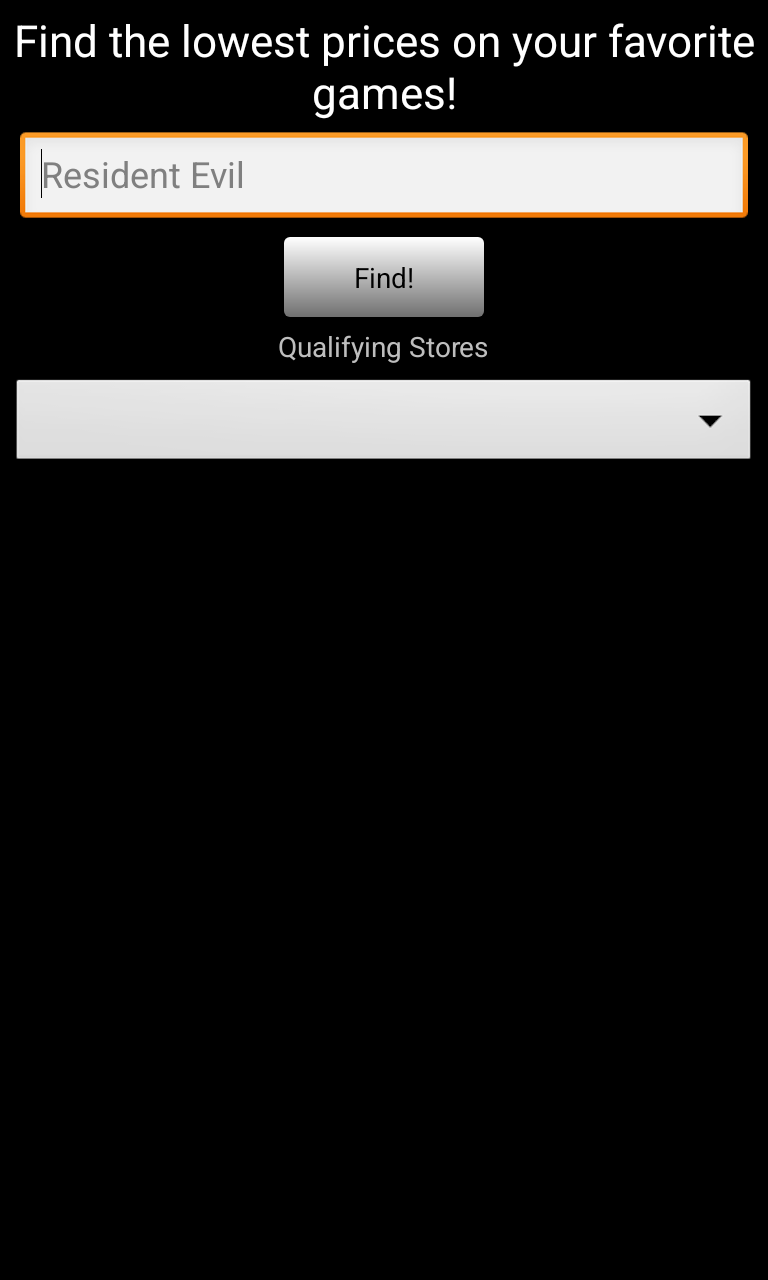
Repository: laurenelder/Java1-GameFinderApplication
Layout: GameFinder/res/layout/activity_main.xml
The author's editor kept a copy of each file at every save. The layout is drawn from the files as they stood at one save, then again after the next save.
It is drawn on a 768 x 1280 px phone screen (xhdpi) without system bars, with theme android:Theme.Black; the app's code is not run. Lists and similar views that code fills are empty.

Above is the layout before, as saved 2014-06-26 04:31:54.

After the next save:
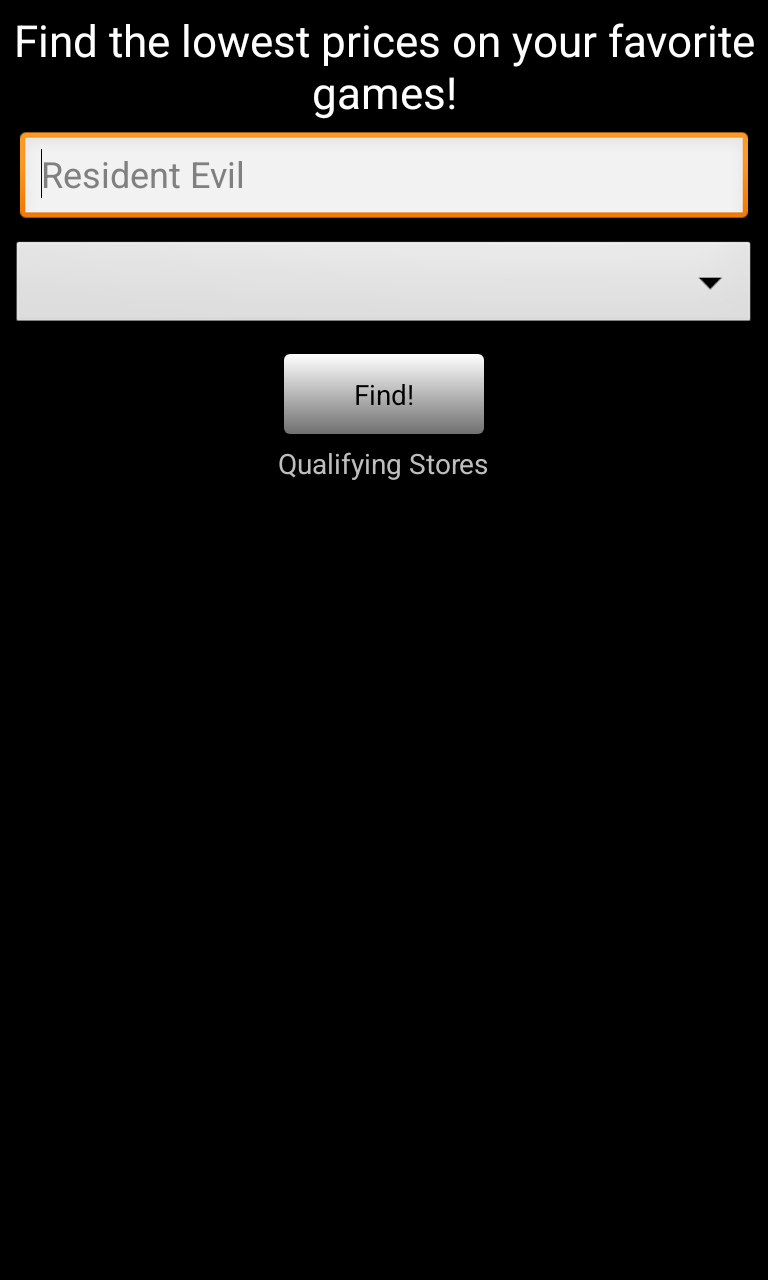
Saved 99 s later.
--- a/GameFinder/res/layout/activity_main.xml
+++ b/GameFinder/res/layout/activity_main.xml
@@ -36,6 +36,12 @@
         <requestFocus />
     </EditText>
 
+    <Spinner
+        android:id="@+id/storeList"
+        android:layout_width="match_parent"
+        android:layout_height="wrap_content"
+        android:layout_margin="5dp" />
+
     <Button
         android:id="@+id/findButton"
         android:layout_width="100dp"
@@ -53,11 +59,7 @@
         android:layout_gravity="center"
         android:text="@string/stores" />
 
-    <Spinner
-        android:id="@+id/storeList"
-        android:layout_width="match_parent"
-        android:layout_height="wrap_content"
-        android:layout_margin="5dp" />
+
 
     <ProgressBar
         android:id="@+id/busyAnimation"
